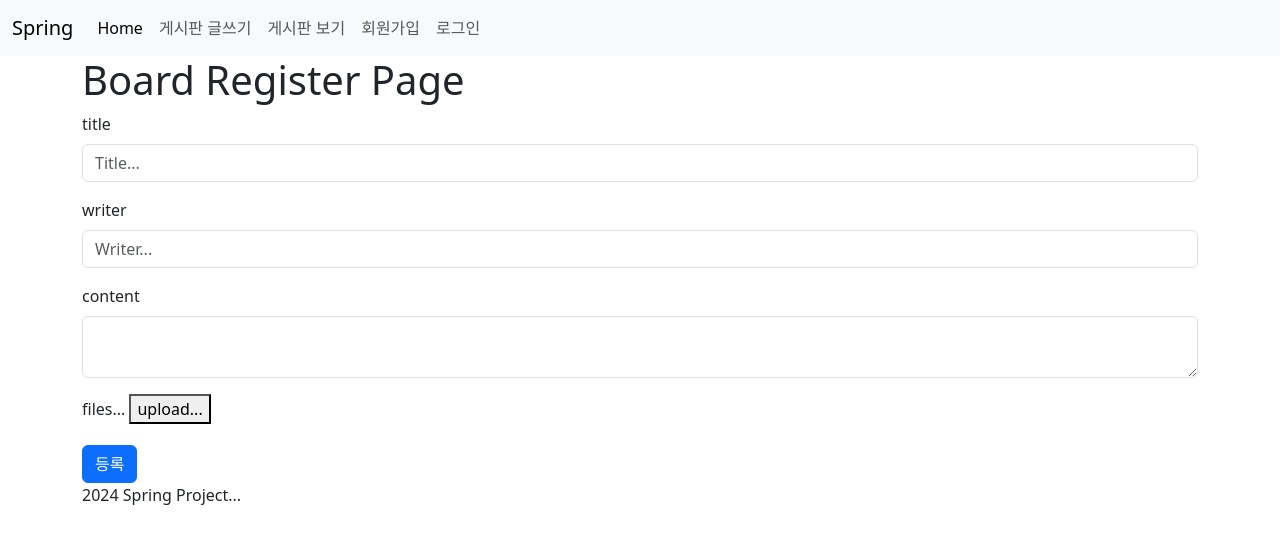
Repository: wanted2001/jsp_project
Page: http://localhost/spring_study/WEB-INF/views/board/register.jsp
An editor plug-in stored every save of this project. The page is shown before and after the next save, followed by the edit.
The browser window is 1280 px wide. The pictures show the whole page.
The page is served by Tomcat 9. Nobody is signed in. The template is opened directly, without the code that normally fills it, so the values that code supplies are empty.

Above is the page before, as saved 2024-04-29 01:35:55.

### spring_study/src/main/webapp/WEB-INF/views/board/register.jsp
<%@ page language="java" contentType="text/html; charset=UTF-8"
    pageEncoding="UTF-8"%>
<jsp:include page="../layout/header.jsp" />
<div class="container-md">
		<h1>Board Register Page</h1>
	<form action="/board/insert" method="post" enctype="multipart/form-data">
		<div class="mb-3">
	  		<label for="t" class="form-label">title</label>
	  		<input type="text" class="form-control" name="title" id="t" placeholder="Title...">
		</div>
		<div class="mb-3">
	  		<label for="w" class="form-label">writer</label>
	  		<input type="text" class="form-control" name="writer" id="w" placeholder="Writer..." value="${ses.id }">
		</div>
		<div class="mb-3">
  			<label for="c" class="form-label">content</label>
  			<textarea class="form-control" id="c" name="content" aria-label="With textarea"></textarea>
		</div>
		<!-- 파일 추가 -->
		<div class="mb-3">
	  		<label for="file" class="form-label">files...</label>
	  		<!-- multiple : 여러개의 파일을 배열처럼 들어감. -->
	  		<input type="file" class="form-control" name="files" id="file" multiple="multiple" style="display:none">
	  		<button>upload...</button>
		</div>
		<button type="submit" class="btn btn-primary">등록</button>
	</form>
</div>
<jsp:include page="../layout/footer.jsp" />

### spring_study/src/main/webapp/WEB-INF/views/layout/header.jsp
<%@ page language="java" contentType="text/html; charset=UTF-8"
	pageEncoding="UTF-8"%>
<%@taglib uri="http://java.sun.com/jsp/jstl/core" prefix="c"%>

<!DOCTYPE html>
<html>
<head>
<meta charset="UTF-8">
<title>header.jsp</title>
<link
	href="https://cdn.jsdelivr.net/npm/bootstrap@5.3.3/dist/css/bootstrap.min.css"
	rel="stylesheet"
	integrity="sha384-QWTKZyjpPEjISv5WaRU9OFeRpok6YctnYmDr5pNlyT2bRjXh0JMhjY6hW+ALEwIH"
	crossorigin="anonymous">
<script
	src="https://cdn.jsdelivr.net/npm/bootstrap@5.3.3/dist/js/bootstrap.bundle.min.js"
	integrity="sha384-YvpcrYf0tY3lHB60NNkmXc5s9fDVZLESaAA55NDzOxhy9GkcIdslK1eN7N6jIeHz"
	crossorigin="anonymous"></script>
</head>
<body>
	<nav class="navbar navbar-expand-lg bg-body-tertiary">
		<div class="container-fluid">
			<a class="navbar-brand" href="#">Spring</a>
			<button class="navbar-toggler" type="button"
				data-bs-toggle="collapse" data-bs-target="#navbarSupportedContent"
				aria-controls="navbarSupportedContent" aria-expanded="false"
				aria-label="Toggle navigation">
				<span class="navbar-toggler-icon"></span>
			</button>
			<div class="collapse navbar-collapse" id="navbarSupportedContent">
				<ul class="navbar-nav me-auto mb-2 mb-lg-0">
					<li class="nav-item"><a class="nav-link active"
						aria-current="page" href="/">Home</a></li>
					<li class="nav-item"><a class="nav-link"
						href="/board/register">게시판 글쓰기</a></li>
					<li class="nav-item"><a class="nav-link" href="/board/list">게시판
							보기</a></li>
					<c:if test="${ses.id eq null}">
						<!-- 조건문이 조건이 맞으면 실행이니까 맞지 않으니 실행 안함. -->
						<li class="nav-item"><a class="nav-link"
							href="/member/register">회원가입</a></li>
						<li class="nav-item"><a class="nav-link" href="/member/login">로그인</a>
						</li>
					</c:if>
					<c:if test="${ses.id ne null }">
						<li class="nav-item"><a class="nav-link"
							href="/member/logout">로그아웃</a></li>
						<li class="nav-item"><a class="nav-link"
							href="/member/modify">${ses.id }(${ses.email }) welcome!!</a></li>
					</c:if>
				</ul>
			</div>
		</div>
	</nav>

### spring_study/src/main/webapp/WEB-INF/views/layout/footer.jsp
<%@ page language="java" contentType="text/html; charset=UTF-8"
    pageEncoding="UTF-8"%>
<div class="container-md">
	2024 Spring Project...
</div>

</body>
</html>

After the next save:
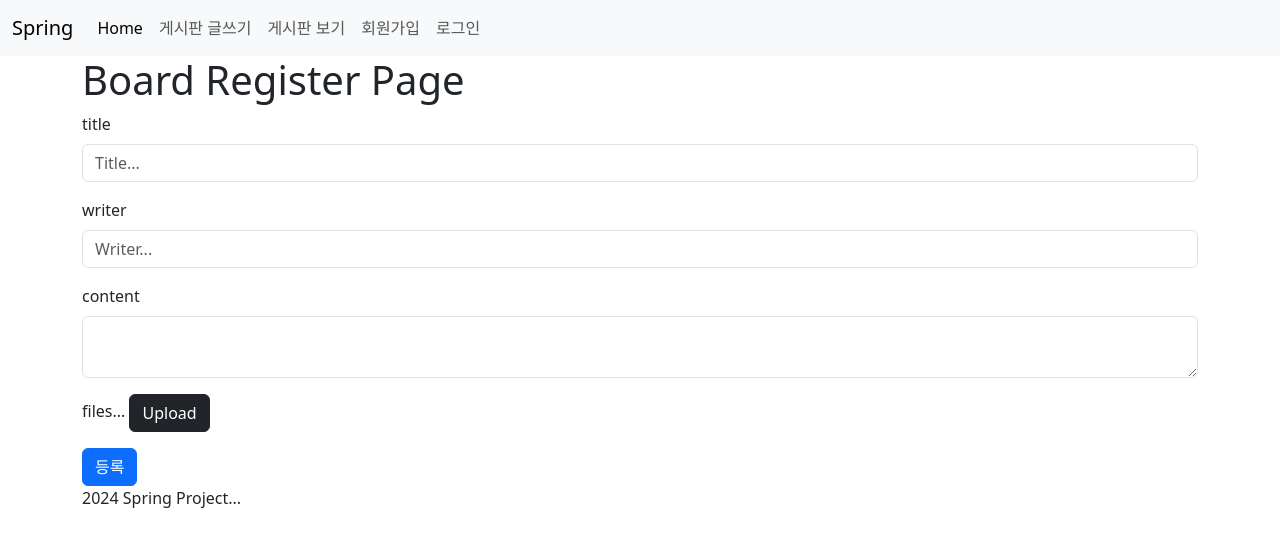
Saved 30 s later.
--- a/spring_study/src/main/webapp/WEB-INF/views/board/register.jsp
+++ b/spring_study/src/main/webapp/WEB-INF/views/board/register.jsp
@@ -21,7 +21,7 @@
 	  		<label for="file" class="form-label">files...</label>
 	  		<!-- multiple : 여러개의 파일을 배열처럼 들어감. -->
 	  		<input type="file" class="form-control" name="files" id="file" multiple="multiple" style="display:none">
-	  		<button>upload...</button>
+	  		<button type="button" class="btn btn-dark">Upload</button>
 		</div>
 		<button type="submit" class="btn btn-primary">등록</button>
 	</form>
